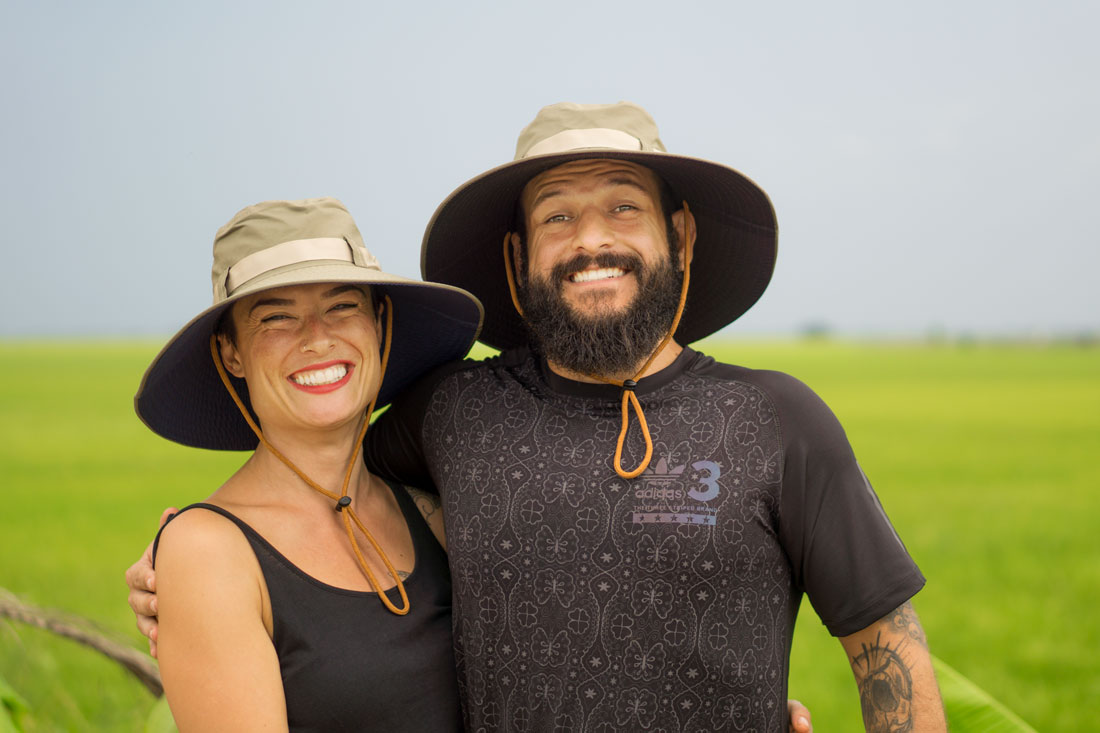
Repository: leopalmeiro/EasySearch
Script's output: python openCV/Project_01_OpenCV.py
The author's editor kept a copy of each file at every save. The script's output is drawn from the files as they stood at one save, then again after the next save.
Random numbers start from a fixed seed. It also reads openCV/img/PaoyLeo.jpg.

Above is the script's output before, as saved 2020-02-03 22:45:47.

### openCV/Project_01_OpenCV.py
import cv2

img = cv2.imread("img/PaoyLeo.jpg", 1)

resized = cv2.resize(img, (int(img.shape[1]/2), int(img.shape[0]/2)))

cv2.imshow("LeoAndPao", img)

cv2.waitKey(0)


cv2.destroyAllWindows()

After the next save:
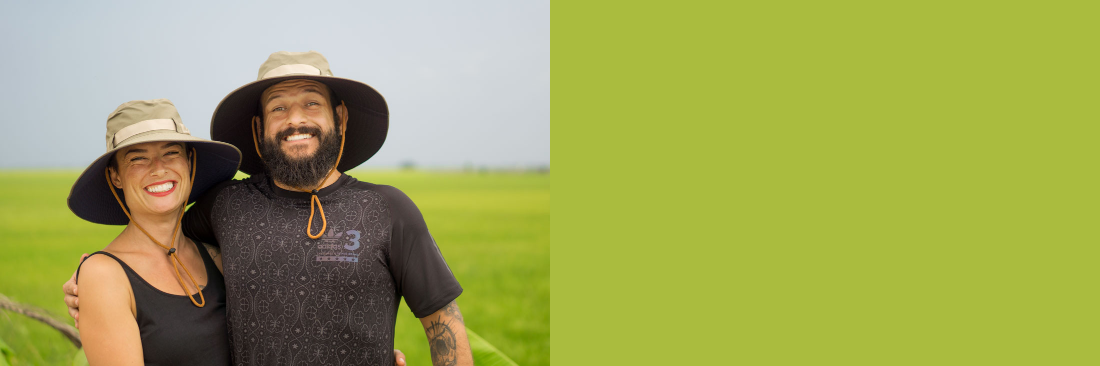
Saved 16 s later.
--- a/openCV/Project_01_OpenCV.py
+++ b/openCV/Project_01_OpenCV.py
@@ -4,7 +4,7 @@ img = cv2.imread("img/PaoyLeo.jpg", 1)
 
 resized = cv2.resize(img, (int(img.shape[1]/2), int(img.shape[0]/2)))
 
-cv2.imshow("LeoAndPao", img)
+cv2.imshow("LeoAndPao", resized)
 
 cv2.waitKey(0)
 
